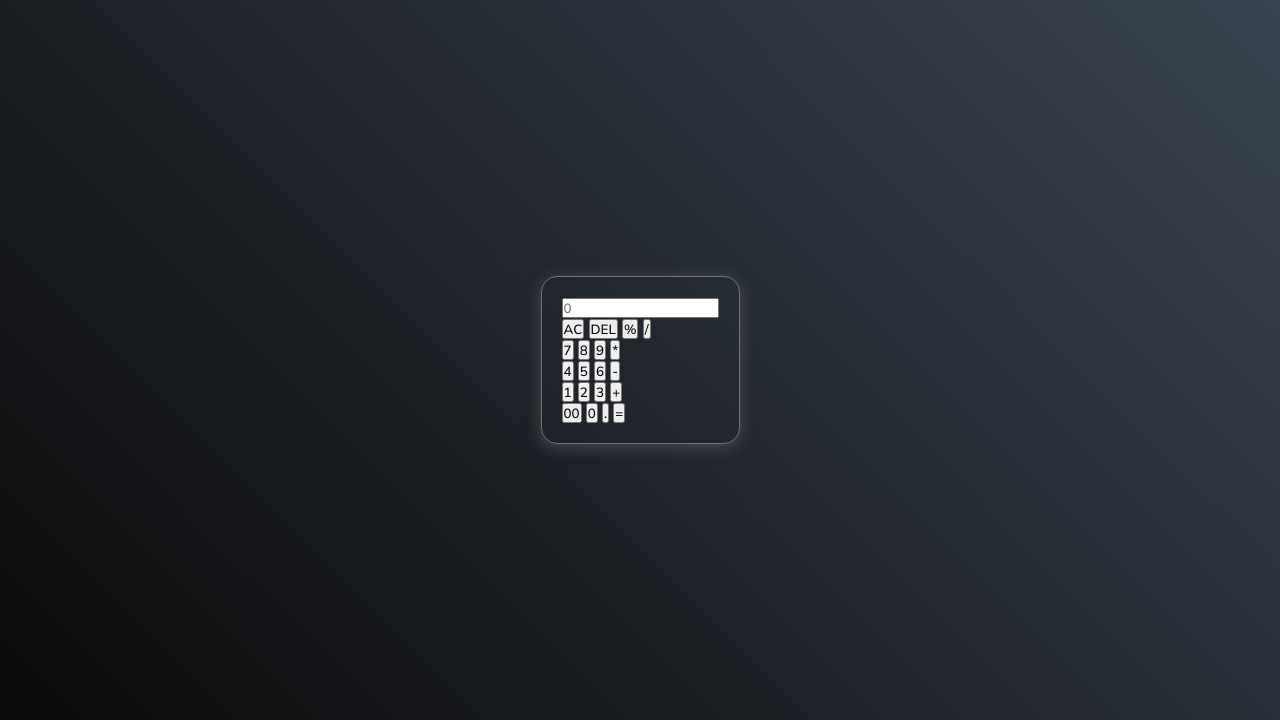
Repository: vaibhav1281/Calculator
Page: index.html
An editor plug-in stored every save of this project. The page is shown before and after the next save, followed by the edit.
The browser window is 1280 px wide. The pictures show the whole page.

Above is the page before, as saved 2023-05-06 20:06:02.

### index.html
<!DOCTYPE html>
<html lang="en">
<head>
    <meta charset="UTF-8">
    <meta http-equiv="X-UA-Compatible" content="IE=edge">
    <meta name="viewport" content="width=device-width, initial-scale=1.0">
    <title>Calculator - By Vaibhav Saroj</title>
    <link rel="stylesheet" href="styles.css">
</head>
<body>
    <div class="calcurator">
        <input type="text" placeholder="0">
        <div>
            <button>AC</button>
            <button>DEL</button>
            <button>%</button>
            <button>/</button>
        </div>
        <div>
            <button>7</button>
            <button>8</button>
            <button>9</button>
            <button>*</button>
        </div>
        <div>
            <button>4</button>
            <button>5</button>
            <button>6</button>
            <button>-</button>
        </div>
        <div>
            <button>1</button>
            <button>2</button>
            <button>3</button>
            <button>+</button>
        </div>
        <div>
            <button>00</button>
            <button>0</button>
            <button>.</button>
            <button>=</button>
        </div>
    </div>


    <script src="index.js"></script>
</body>
</html>

### styles.css
@import url('https://fonts.googleapis.com/css2?family=Be+Vietnam+Pro:wght@100&family=Mulish:wght@500&display=swap');

*{
    margin: 0;
    padding: 0;
    box-sizing: border-box;
    font-family: 'Be Vietnam Pro', sans-serif;
    font-family: 'Mulish', sans-serif;
}
body{
    width: 100%;
    height: 100vh;
    display: flex;
    justify-content: center; /* It's move horizontally*/
    align-items: center; /*It's move vertically*/
    background: linear-gradient(45deg , #0a0a0a ,#3a4452);
}
.calcurator{
    border: 1px solid #717377;
    padding: 20px;
    border-radius: 16px;
    background-color: transparent;
    box-shadow: 0px 3px 15px rgba(113, 115, 119, 0.5);
}
input{
    width: 100%;
}

Loaded but not shown: index.js (no copy from this time; the picture is the same without it)

After the next save:
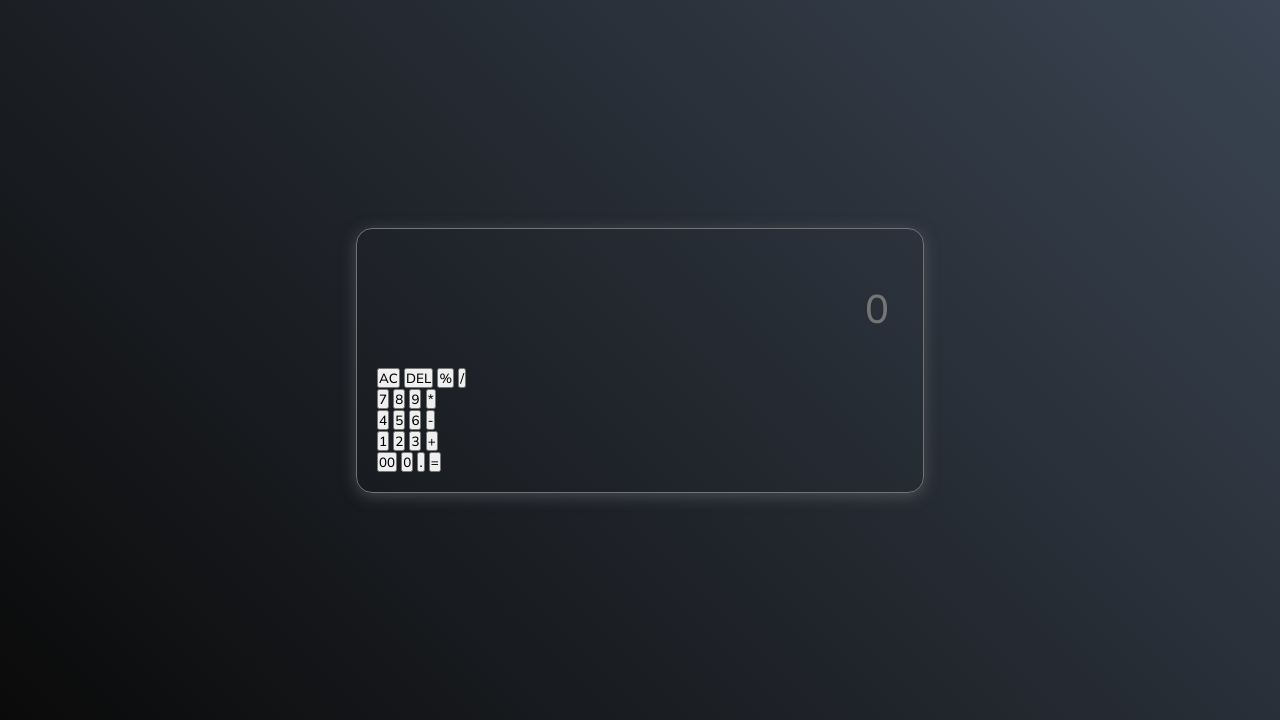
Saved 8 s later.
--- a/styles.css
+++ b/styles.css
@@ -24,4 +24,13 @@
 }
 input{
     width: 100%;
+    border: none;
+    padding: 24px;
+    margin: 10px;
+    background: transparent;
+    box-shadow: 0px 3px 15px rgbs(84, 84, 84, 0.1);
+    font-size: 40px;
+    text-align: right;
+    cursor: pointer;
+    color: #ffffff;
 }
